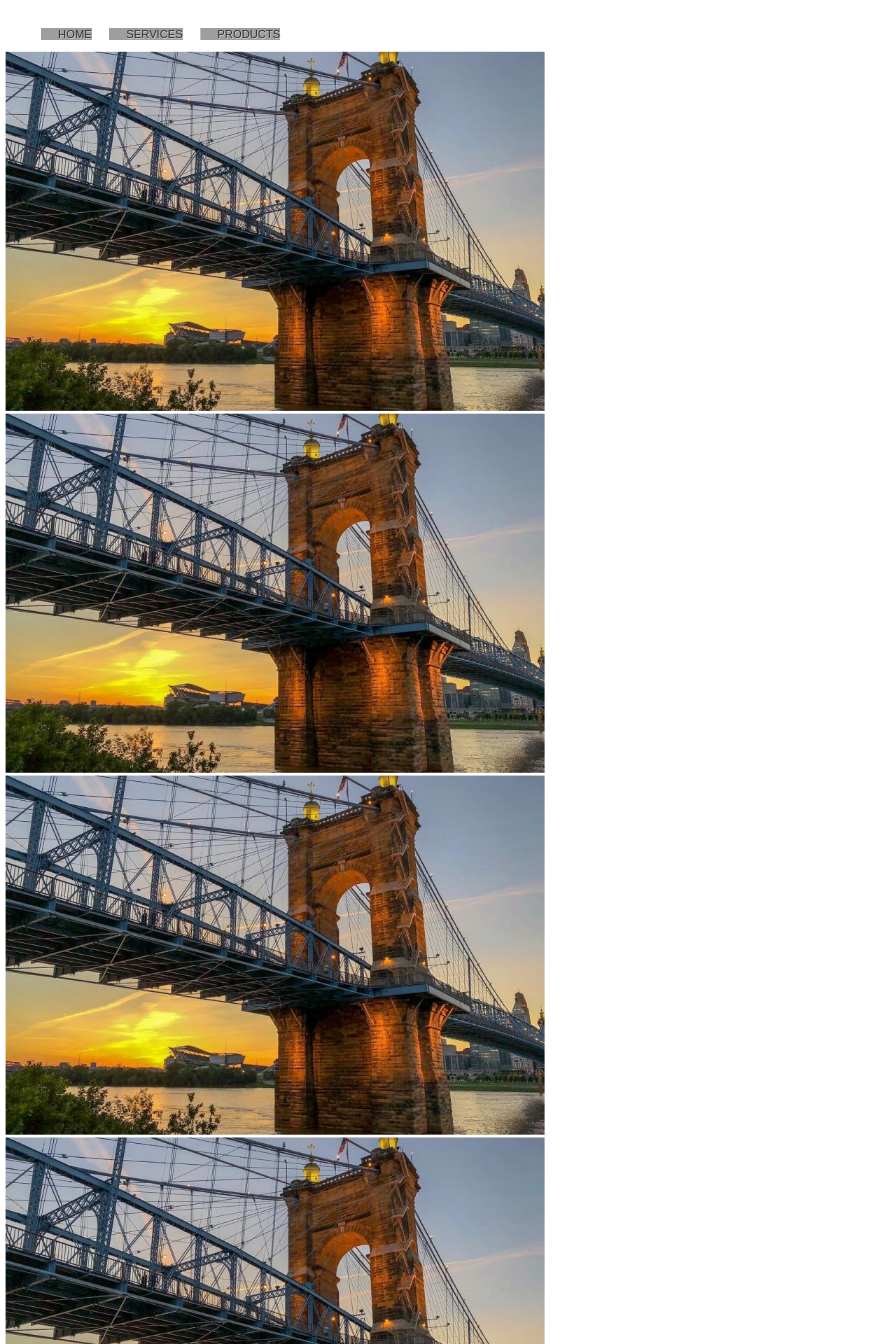
Repository: LtGriff/capstoneprogress
Page: index.html
An editor plug-in stored every save of this project. The page is shown before and after a run of saves, followed by the edit.
The browser window is 1280 px wide. The pictures show the part of the page from y = 0 to 1920 px (the page is 2667 px tall), at 70% of full size.
Pictures or frames that could not be fetched are drawn as grey boxes.

Above is the page before, as saved 2022-06-06 00:11:47.

After the next 5 saves:
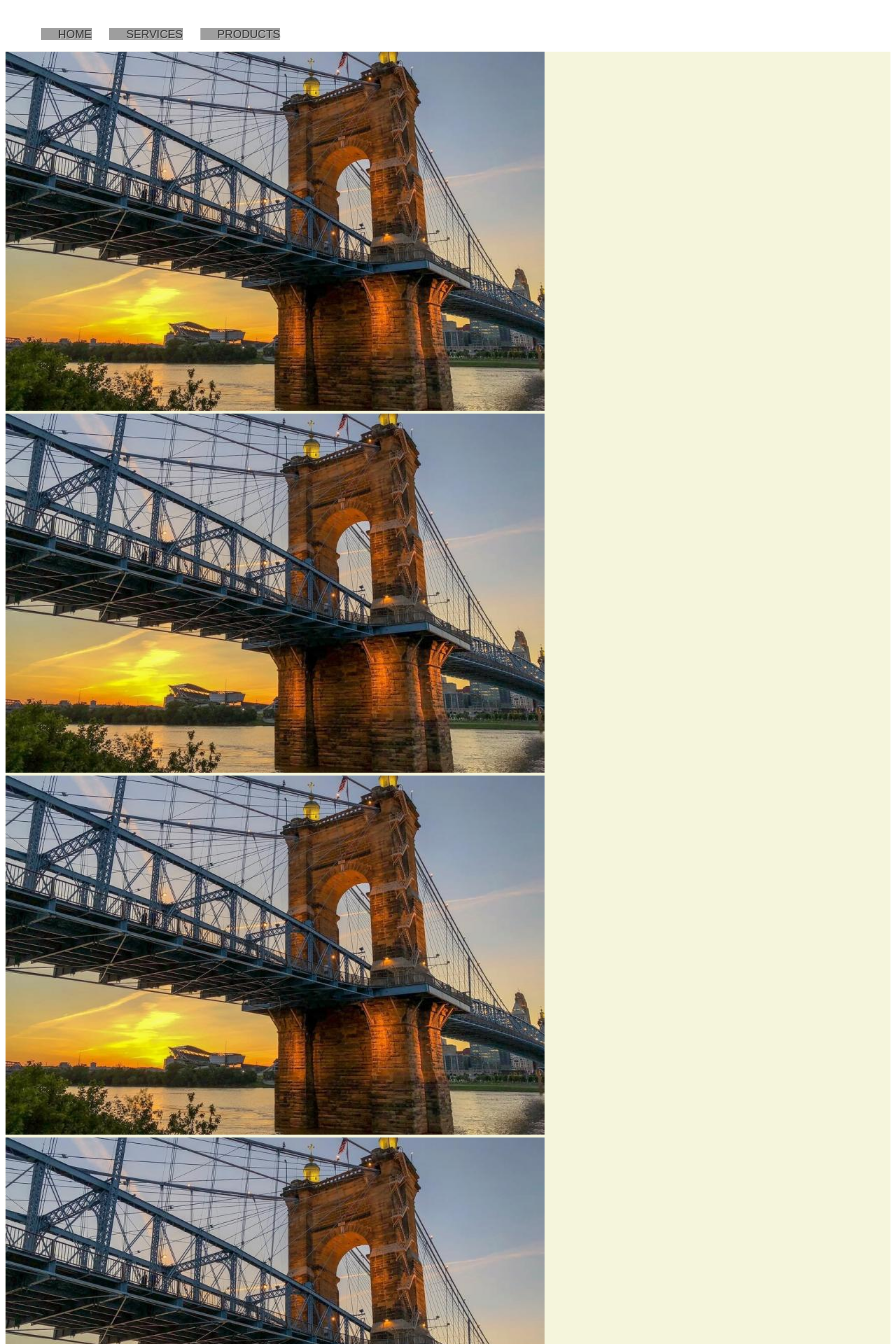
The 5 saves are shown as one change because they came seconds apart.
The last was saved 17 s later.
--- a/style.css
+++ b/style.css
@@ -22,5 +22,6 @@ body { font-family: sans-serif; }
   display: flex;
   flex-direction: row;
   flex-wrap: wrap;
-  justify-content: ;
+  justify-content: space-between;
+  background-color: beige;
 }
